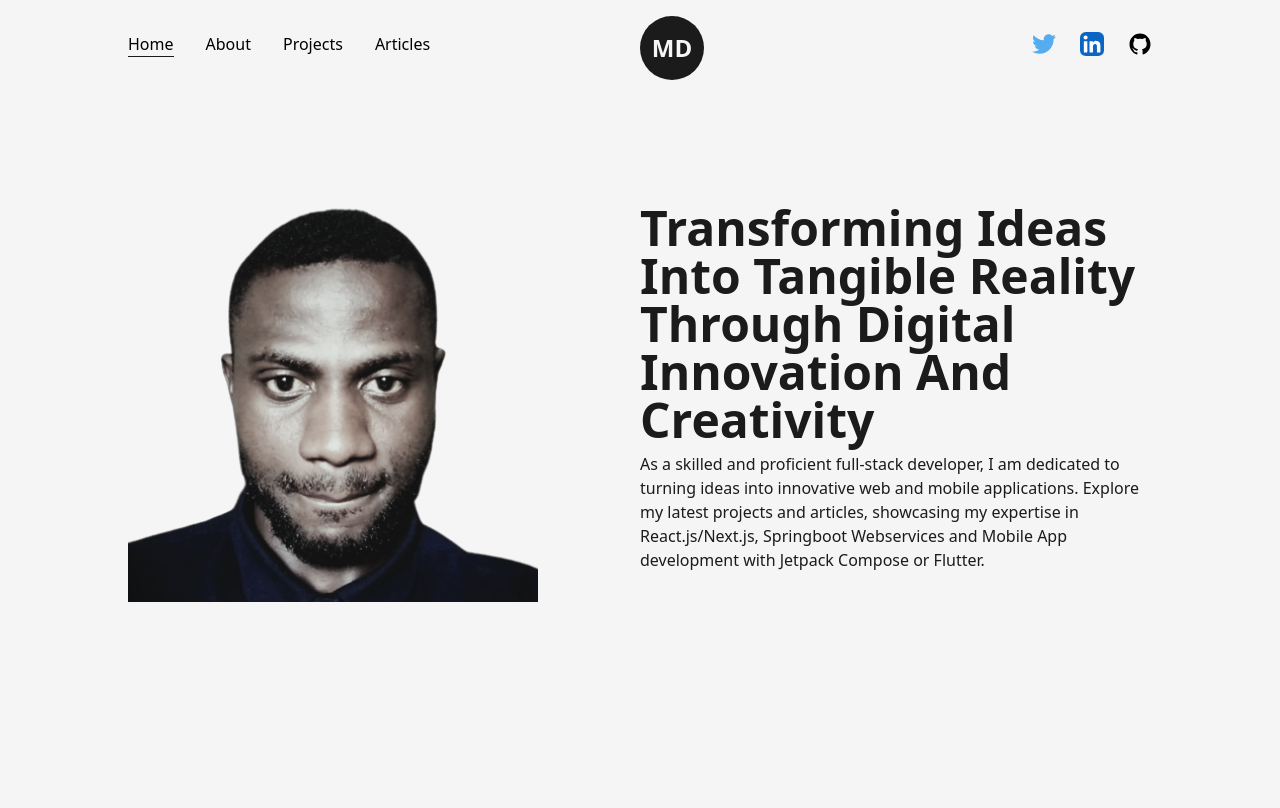
Repository: marcusdashe/situs
Page: /
The author's editor kept a copy of each file at every save. The page is drawn from the files as they stood at one save, then again after the next save.
The browser window is 1280 px wide. The pictures show the whole page.
The project was rebuilt for these pictures with package versions that can differ from the ones it lists, and the page was loaded fresh each time. The framework's server and built-in components were replaced by stand-ins that run in the browser.

Above is the page before, as saved 2023-06-15 18:10:47.

After the next save:
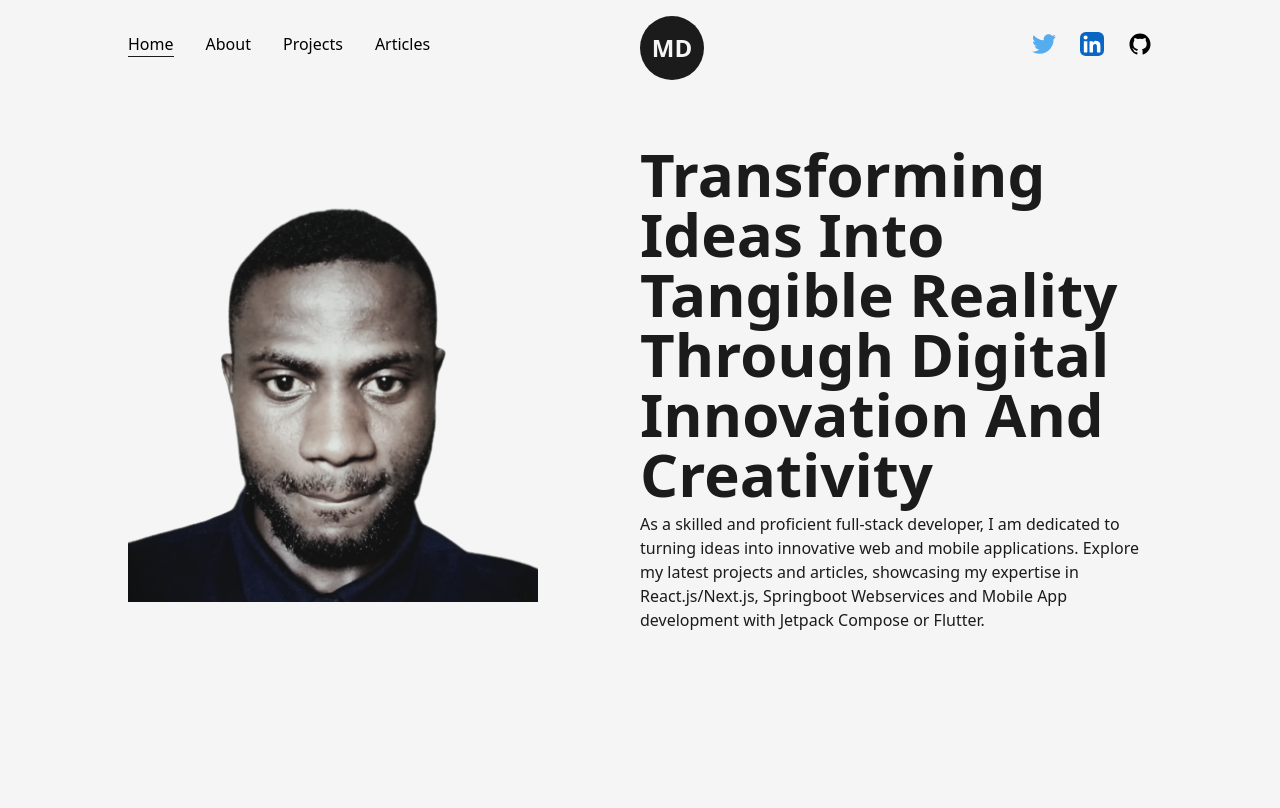
Saved 21 s later.
--- a/src/components/AnimatedText.jsx
+++ b/src/components/AnimatedText.jsx
@@ -32,7 +32,7 @@ const AnimatedText = ({ text, className = "" }) => {
   return (
     <div className="w-full mx-auto py-2 flex items-center justify-center text-center overflow-hidden ">
       <motion.h1
-        className={`inline-block w-full text-dark font-bold capitalize text-5xl ${className}`}
+        className={`inline-block w-full text-dark font-bold capitalize text-6xl ${className}`}
         variants={quote}
         initial="initial"
         animate="animate"
